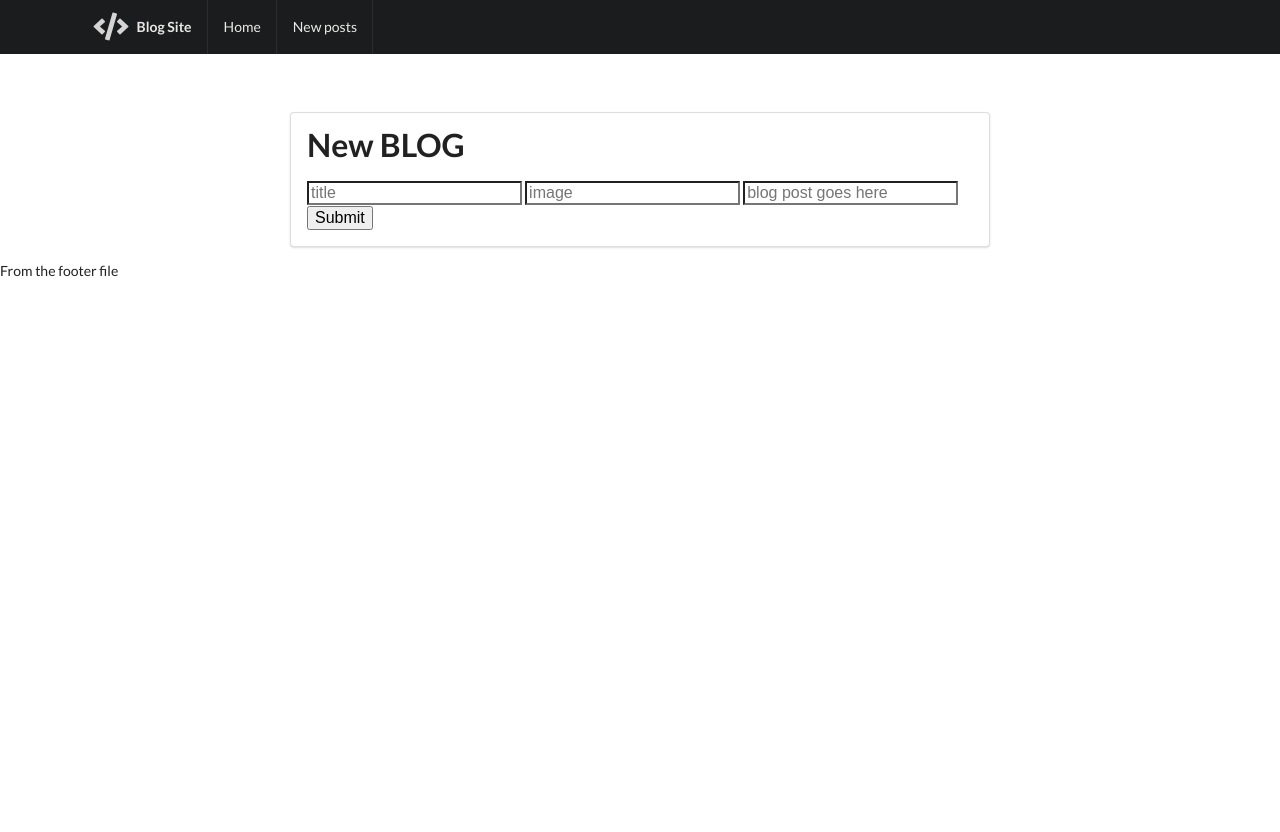
Repository: karanagg262/The-Web-Development-Bootcamp
Page: http://localhost/blogs/new
The author's editor kept a record of every edit. The page is drawn from the files as they stood at one moment, then again after the next edit.
The browser window is 1280 px wide. The pictures show the whole page.
The page is served by the project's Node server (restful_routing/Restful_blog/app.js).

Above is the page before.

After the next edit:
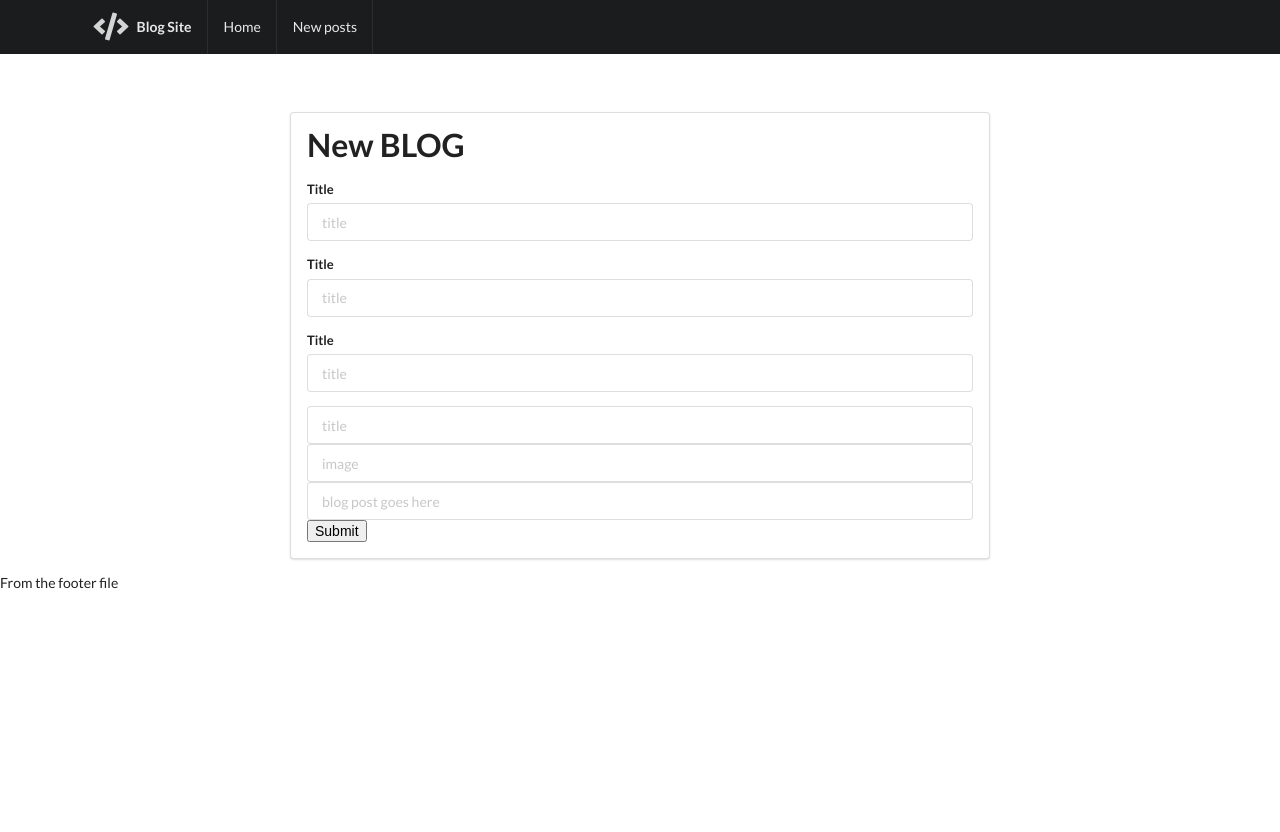
The edit:
--- a/Backend and full scale projects/restful_routing/Restful_blog/views/new.ejs
+++ b/Backend and full scale projects/restful_routing/Restful_blog/views/new.ejs
@@ -3,7 +3,19 @@
     <div class="ui huge header">
         New BLOG
     </div>
-    <form action="/blogs" method="POST">
+    <form class="ui form" action="/blogs" method="POST">
+        <div class="field">
+            <label>Title</label>
+            <input type="text" name="blog[title]" placeholder="title">
+        </div>
+                <div class="field">
+            <label>Title</label>
+            <input type="text" name="blog[title]" placeholder="title">
+        </div>
+        <div class="field">
+            <label>Title</label>
+            <input type="text" name="blog[title]" placeholder="title">
+        </div>
         <input type="text" name="blog[title]" placeholder="title">
         <input type="text" name="blog[image]" placeholder="image">
         <input type="text" name="blog[body]" placeholder="blog post goes here">
